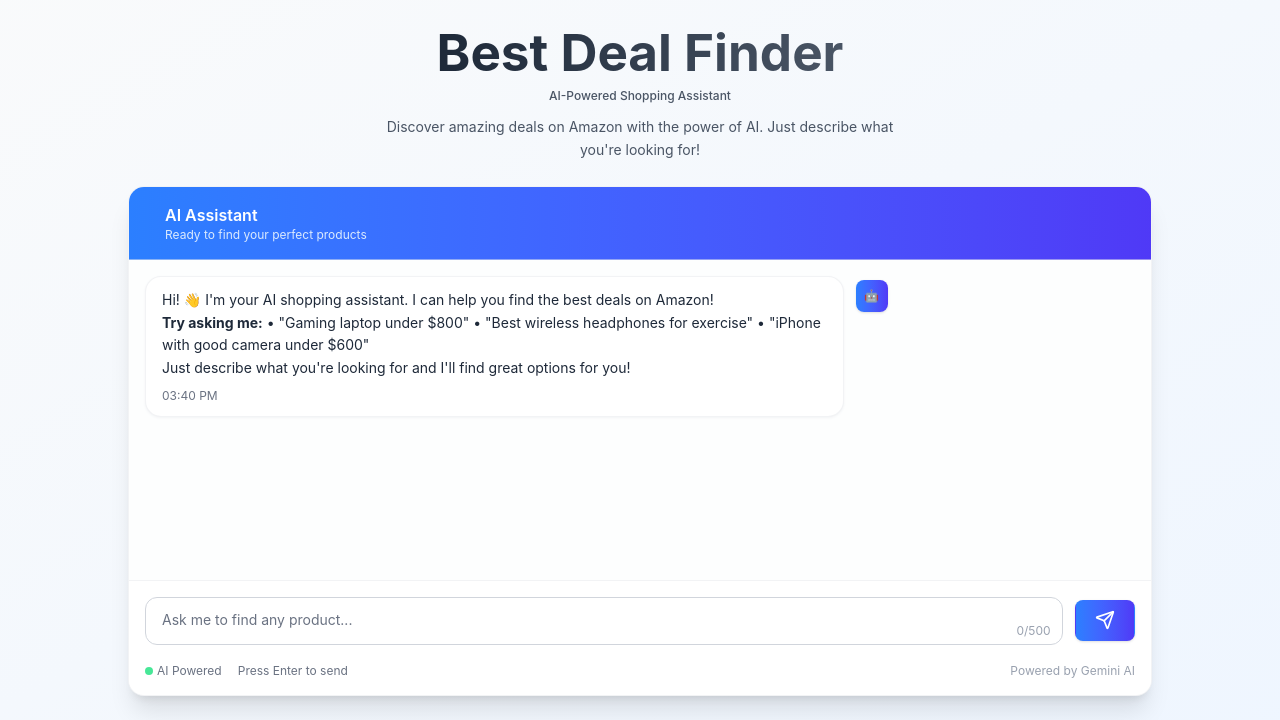
Repository: muhammadkh4n/Best-Deal-Finder
Page: / (app in client/)
The author's editor kept a copy of each file at every save. The page is drawn from the files as they stood at one save, then again after the next save.
The browser window is 1280 px wide. The pictures show the whole page.
The project was rebuilt for these pictures with package versions that can differ from the ones it lists, and the page was loaded fresh each time. Also part of the build but not shown: client/vite.config.ts.

Above is the page before, as saved 2025-08-03 15:40:38.

After the next save:
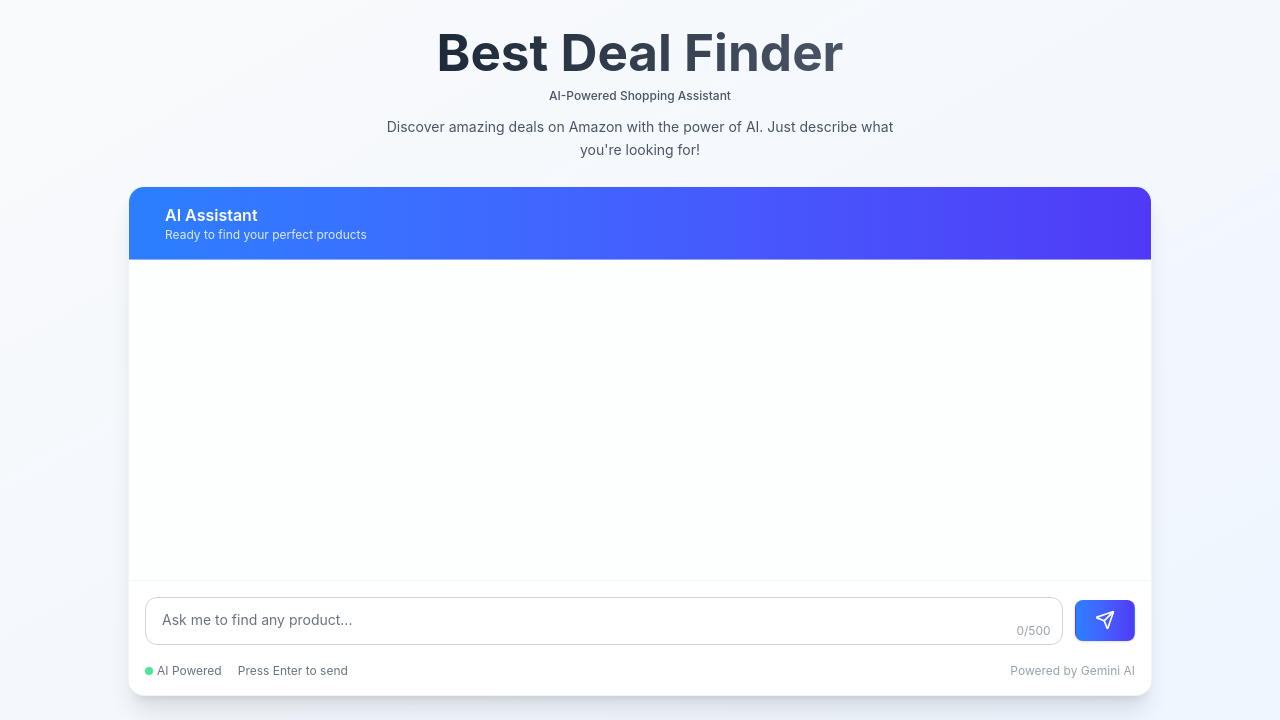
Saved 20 h 13 min later.
--- a/client/src/components/ChatInterface.tsx
+++ b/client/src/components/ChatInterface.tsx
@@ -157,48 +157,7 @@
 
       {/* Chat Messages */}
       <div className="flex-1 overflow-y-auto p-4 space-y-4 bg-gray-50/30 custom-scrollbar min-h-0">
-        {messages.map((message, index) => (
-          <div key={index}>
-            <div
-              className={`flex ${message.role === 'user' ? 'justify-end' : 'justify-start'} message-bubble`}
-            >
-              <div className="flex items-start gap-3 max-w-[85%] lg:max-w-[75%]">
-                {/* Always show user messages and assistant messages */}
-                <div
-                  className={`px-4 py-3 rounded-2xl shadow-sm hover-lift ${
-                    message.role === 'user'
-                      ? 'bg-gradient-to-r from-blue-500 to-blue-600 text-white ml-auto shadow-blue-200'
-                      : 'bg-white text-gray-800 border border-gray-200/50 shadow-gray-100'
-                  }`}
-                >
-                  <ReactMarkdown className="text-sm leading-relaxed prose prose-sm max-w-none prose-p:my-1 prose-strong:text-current prose-code:text-current prose-ul:my-2 prose-li:my-0">
-                    {message.content}
-                  </ReactMarkdown>
-                  <div className={`text-xs mt-2 ${
-                    message.role === 'user' ? 'text-blue-100' : 'text-gray-500'
-                  }`}>
-                    {new Date(message.timestamp).toLocaleTimeString([], {
-                      hour: '2-digit',
-                      minute: '2-digit',
-                    })}
-                  </div>
-                </div>
-
-                {message.role === 'user' && (
-                  <div className="w-8 h-8 bg-gradient-to-r from-gray-400 to-gray-500 rounded-lg flex items-center justify-center flex-shrink-0 mt-1 shadow-sm">
-                    <span className="text-white text-xs">👤</span>
-                  </div>
-                )}
-
-                {message.role === 'assistant' && (
-                  <div className="w-8 h-8 bg-gradient-to-r from-blue-500 to-indigo-600 rounded-lg flex items-center justify-center flex-shrink-0 mt-1 shadow-sm">
-                    <span className="text-white text-xs">🤖</span>
-                  </div>
-                )}
-              </div>
-            </div>
-          </div>
-        ))}
+
 
         {/* Show products after all messages */}
         {products.length > 0 && (

After the save that followed:
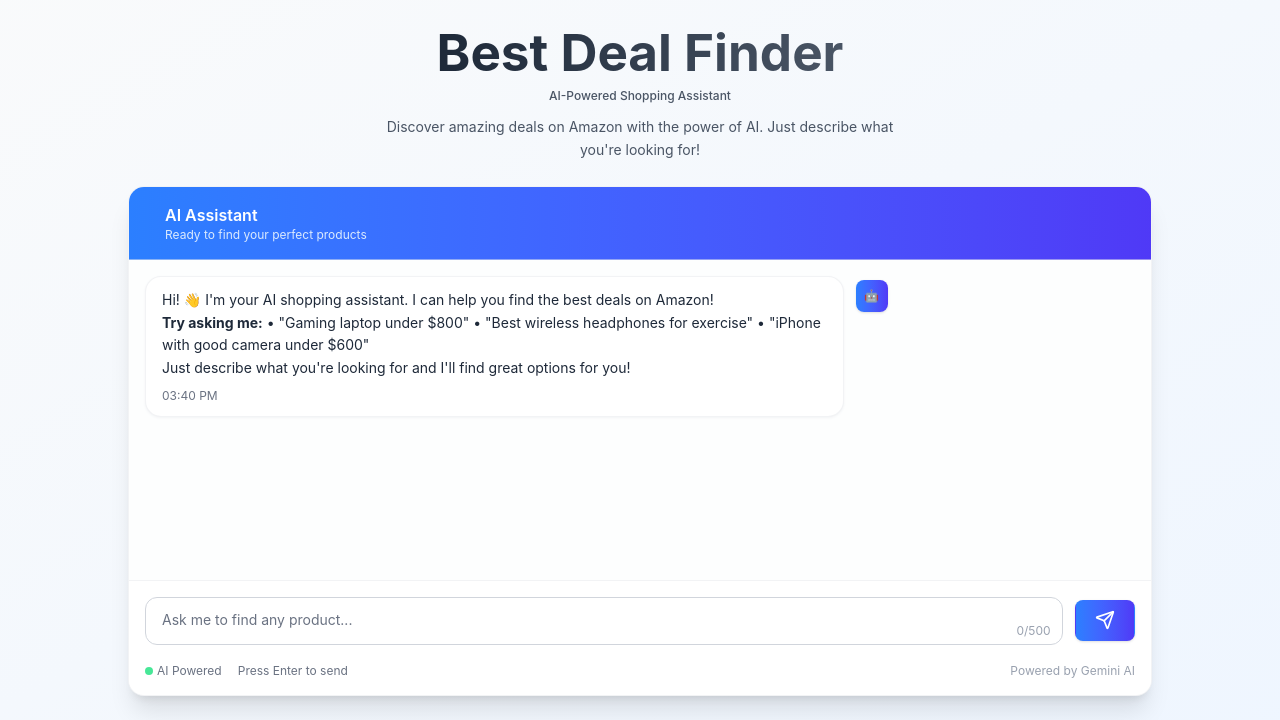
Saved 28 s later.
--- a/client/src/components/ChatInterface.tsx
+++ b/client/src/components/ChatInterface.tsx
@@ -201,6 +201,48 @@
             </div>
           </div>
         )}
+           {messages.map((message, index) => (
+          <div key={index}>
+            <div
+              className={`flex ${message.role === 'user' ? 'justify-end' : 'justify-start'} message-bubble`}
+            >
+              <div className="flex items-start gap-3 max-w-[85%] lg:max-w-[75%]">
+                {/* Always show user messages and assistant messages */}
+                <div
+                  className={`px-4 py-3 rounded-2xl shadow-sm hover-lift ${
+                    message.role === 'user'
+                      ? 'bg-gradient-to-r from-blue-500 to-blue-600 text-white ml-auto shadow-blue-200'
+                      : 'bg-white text-gray-800 border border-gray-200/50 shadow-gray-100'
+                  }`}
+                >
+                  <ReactMarkdown className="text-sm leading-relaxed prose prose-sm max-w-none prose-p:my-1 prose-strong:text-current prose-code:text-current prose-ul:my-2 prose-li:my-0">
+                    {message.content}
+                  </ReactMarkdown>
+                  <div className={`text-xs mt-2 ${
+                    message.role === 'user' ? 'text-blue-100' : 'text-gray-500'
+                  }`}>
+                    {new Date(message.timestamp).toLocaleTimeString([], {
+                      hour: '2-digit',
+                      minute: '2-digit',
+                    })}
+                  </div>
+                </div>
+
+                {message.role === 'user' && (
+                  <div className="w-8 h-8 bg-gradient-to-r from-gray-400 to-gray-500 rounded-lg flex items-center justify-center flex-shrink-0 mt-1 shadow-sm">
+                    <span className="text-white text-xs">👤</span>
+                  </div>
+                )}
+
+                {message.role === 'assistant' && (
+                  <div className="w-8 h-8 bg-gradient-to-r from-blue-500 to-indigo-600 rounded-lg flex items-center justify-center flex-shrink-0 mt-1 shadow-sm">
+                    <span className="text-white text-xs">🤖</span>
+                  </div>
+                )}
+              </div>
+            </div>
+          </div>
+        ))}
         {isLoading && (
           <div className="flex justify-start animate-fadeIn">
             <div className="flex items-start gap-3">
